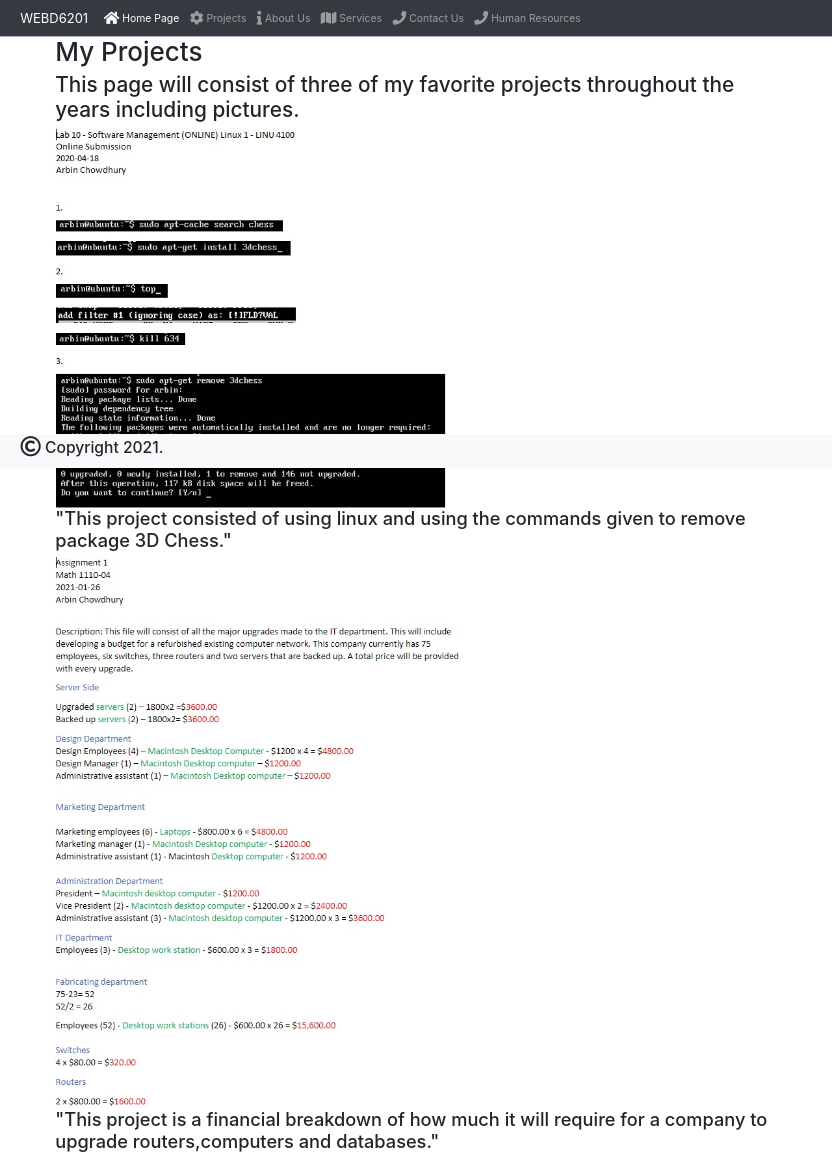
Repository: arbin6ix/ICE-2
Page: projects.html
An editor plug-in stored every save of this project. The page is shown before and after the next save, followed by the edit.
The browser window is 1280 px wide. The pictures show the whole page, at 65% of full size.

Above is the page before, as saved 2021-02-05 22:28:02.

### projects.html
<!DOCTYPE html>
<html lang="en">
<head>
    <meta charset="UTF-8">
    <meta name="viewport" content="width=device-width, initial-scale=1.0">
    <title>Projects</title>
    <!-- CSS Section -->
    <link rel="stylesheet" href="./node_modules/bootstrap/dist/css/bootstrap.min.css">
    <link rel="stylesheet" href="./node_modules/@fortawesome/fontawesome-free/css/all.min.css">
    <link rel="stylesheet" href="./Content/app.css">
</head>
<body>
    <!-- Main Header -->
    <header>
        <!-- Main Navigation -->
        <nav class="navbar navbar-expand-lg navbar-dark bg-dark">
          <div class="container-fluid">
            <a class="navbar-brand" href="projects.html">WEBD6201</a>
            <button class="navbar-toggler" type="button" data-bs-toggle="collapse" data-bs-target="#navbarSupportedContent" aria-controls="navbarSupportedContent" aria-expanded="false" aria-label="Toggle navigation">
              <span class="navbar-toggler-icon"></span>
            </button>
            <div class="collapse navbar-collapse" id="navbarSupportedContent";>
              <ul class="navbar-nav me-auto mb-2 mb-lg-0">
                <li class="nav-item">
                  <a class="nav-link active" aria-current="page" href="index.html"><i class="fas fa-home fa-lg"></i> Home Page</a>
                </li>

                <li class="nav-item">
                  <a class="nav-link" aria-current="page" href="projects.html"><i class="fas fa-cog fa-lg"></i> Projects</a>
                </li>

                <li class="nav-item">
                  <a class="nav-link" aria-current="page" href="about.html"><i class="fas fa-info fa-lg"></i> About Us</a>
                </li>

                <li class="nav-item">
                  <a class="nav-link" aria-current="page" href="services.html"><i class="fas fa-map fa-lg"></i> Services</a>
                </li>

                <li class="nav-item">
                  <a class="nav-link" aria-current="page" href="contact.html"><i class="fas fa-phone fa-lg"></i> Contact Us</a>
                </li>

                <li class="nav-item">
                  <a class="nav-link" aria-current="page" href="human-resources.html"><i class="fas fa-phone fa-lg"></i> Human Resources</a>
                </li>
              </ul>
            </div>
          </div>
        </nav>
  </header>

    <!-- Main Content -->
    <main class="container">
        <h1>My Projects</h1>
        <h2>This page will consist of three of my favorite projects throughout the years including pictures.</h2>
        <img src="images/project1.jpg">
        <h3>"This project consisted of using linux and using the commands given to remove package 3D Chess."</h3>
        <img src="images/Project2.jpg">
        <h3>"This project is a financial breakdown of how much it will require for a company to upgrade routers,computers and databases."</h3>
    </main>






    <!-- Main Footer -->
    <footer>
        <nav class="navbar fixed-bottom navbar-light bg-light">
            <div class="container-fluid">
              <h4><i class="far fa-copyright fa-lg"></i> Copyright 2021.</h4>
            </div>
          </nav>
    </footer>

    <!-- Script Section-->
    <script src="./node_modules/jquery/dist/jquery.min.js"></script>
    <script src="./node_modules/bootstrap/dist/js/bootstrap.bundle.min.js"></script>
    <script src="./Scripts/app.js"></script>
</body>
</html>

### Scripts/app.js
/* custom JavaScript goes here */

//IIFE - Immediately Invoked Function Expression
//AKA - Anonymous Self-Executing Function
//Closure - limits scope leak

"use strict";
//Contact Class


(function()
{
    function displayHome()
    {
        let paragraphOneText =
          "This is a simple site to demonstrate DOM Manipulation for ICE 2";

        let paragraphOneElement = document.getElementById("paragraphOne");

        paragraphOneElement.textContent = paragraphOneText;
        paragraphOneElement.className = "fs-5";

        // Step 1. document.createElement
        let newParagraph = document.createElement("p");
        // Step 2. configure the element
        newParagraph.setAttribute("id", "paragraphTwo");
        newParagraph.textContent = "...And this is paragraph two";
        // Step 3. select the parent element
        let mainContent = document.getElementsByTagName("main")[0];
        // Step 4. Add / Insert the element
        mainContent.appendChild(newParagraph);

        newParagraph.className = "fs-6";

        // another way of injecting content
        let paragraphDiv = document.createElement("div");
        let paragraphThree = `<p id="paragraphThree" class="fs-7 fw-bold">And this is the Third Paragraph</p>`;
        paragraphDiv.innerHTML = paragraphThree;

        // insertions

        // example of inserting before a node
        //newParagraph.before(paragraphDiv);

        // example of inserting after a node
        newParagraph.after(paragraphDiv);

        // deletions

        // example of removing a single element
        //paragraphOneElement.remove();

        // example of removeChild
        mainContent.removeChild(paragraphOneElement);

        // update / modification
        //mainContent.firstElementChild.textContent = "Welcome Home!";

        mainContent.innerHTML = `<h1 id="firstHeading">Welcome to WEBD6201 - Lab 1</h1>
         <p id="paragraphOne" class="fs-3 fw-bold">This is my first Paragraph</p>
        `;

    }

    function displayAbout()
    {

    }

    function displayProjects()
    {

    }

    function displayServices()
    {

    }

    function displayContact()
    {
        let messageArea = document.getElementById("messageArea");
        messageArea.hidden = true;

        // form validation
        let fullName = document.getElementById("fullName");
        fullName.addEventListener("blur", function() {
            if(fullName.value.length < 2)
            {
                fullName.focus();
                fullName.select();
                messageArea.hidden = false;
                messageArea.className = "alert alert-danger";
                messageArea.textContent = "Please enter an appropriate Name";
            }
            else
            {
                messageArea.removeAttribute("class");
                messageArea.hidden = true;
            }
        });

        let sendButton = document.getElementById("sendButton");
        sendButton.addEventListener("click", function(event){
            //event.preventDefault();


            let contact = new Contact(fullName.value, contactNumber.value, emailAddress.value);
              localStorage.setItem((localStorage.length + 1).toString(), contact.serialize());







        });
    }

    function displayContactList()
    {
      if (localStorage.length > 0)
      {
        let contactList = document.getElementById("contactList");

        let data = "";

        for (let index = 0; index < localStorage.length; index++)
        {
          let contactData = localStorage.getItem((index + 1).toString());

          let contact = new Contact();
          contact.deserialize(contactData);

          data += `<tr>
          <th scope="row">${index + 1}</th>
          <td>${contact.FullName}</td>
          <td>${contact.ContactNumber}</td>
          <td>${contact.EmailAddress}</td>
        </tr>`;
        }

        contactList.innerHTML = data;
      }
    }



    function Start()
    {
        console.log("App Started...");

        switch (document.title)
        {
          case "Home":
              displayHome();
            break;
          case "About":
              displayAbout();
            break;
          case "Projects":
              displayProjects();
            break;
          case "Services":
              displayServices();
            break;
          case "Contact":
              displayContact();
            break;
          case "Contact-List":
            displayContactList();
          break;
        }

    }

    window.addEventListener("load", Start);

})();

Loaded but not shown: node_modules/bootstrap/dist/css/bootstrap.min.css (library); node_modules/@fortawesome/fontawesome-free/css/all.min.css (library); Content/app.css (common file); node_modules/jquery/dist/jquery.min.js (library); node_modules/bootstrap/dist/js/bootstrap.bundle.min.js (library)

After the next save:
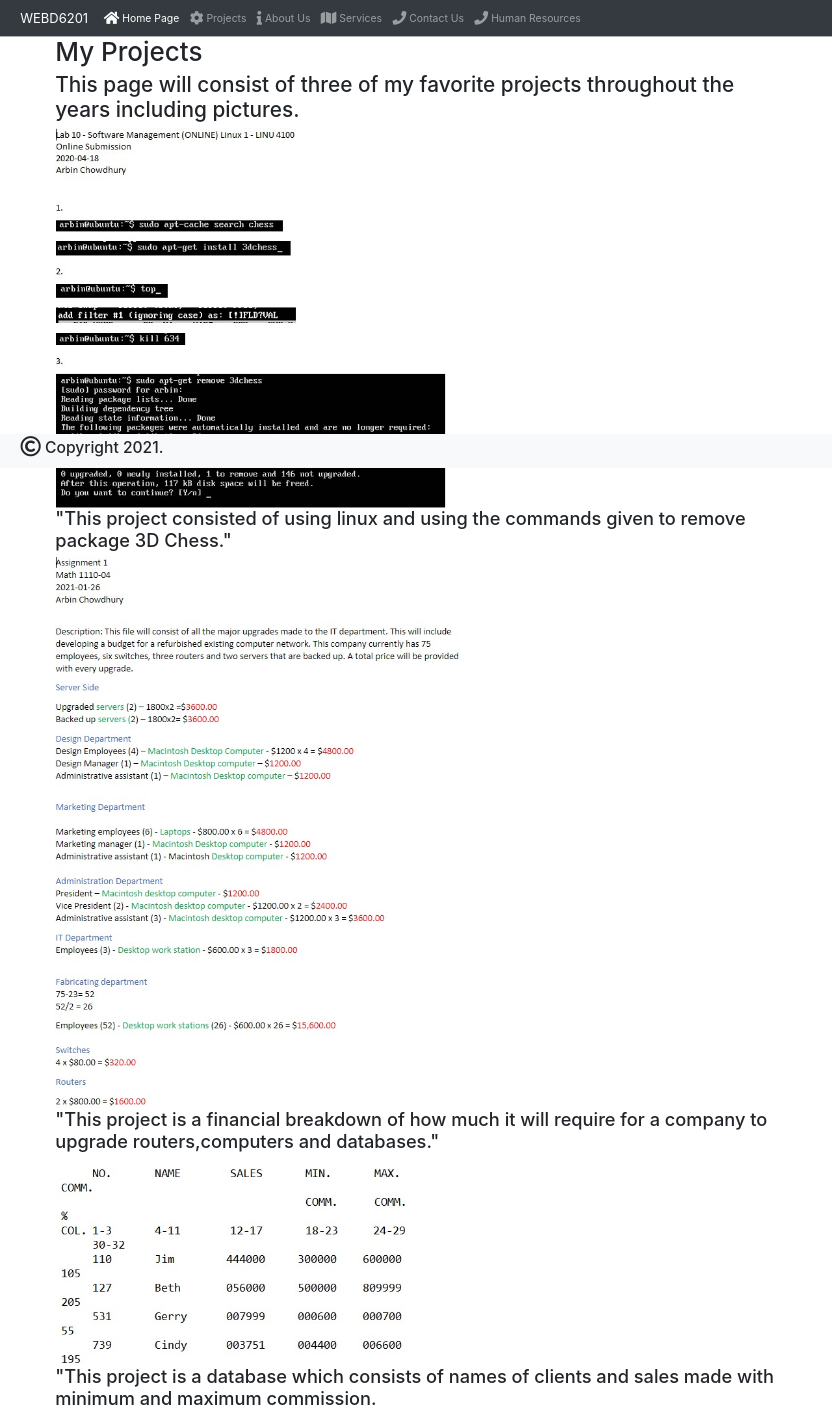
Saved 4 min 40 s later.
--- a/projects.html
+++ b/projects.html
@@ -58,6 +58,8 @@
         <h3>"This project consisted of using linux and using the commands given to remove package 3D Chess."</h3>
         <img src="images/Project2.jpg">
         <h3>"This project is a financial breakdown of how much it will require for a company to upgrade routers,computers and databases."</h3>
+        <img src="images/Project3.jpg">
+        <h3>"This project is a database which consists of names of clients and sales made with minimum and maximum commission.</h3>
     </main>
 
 
